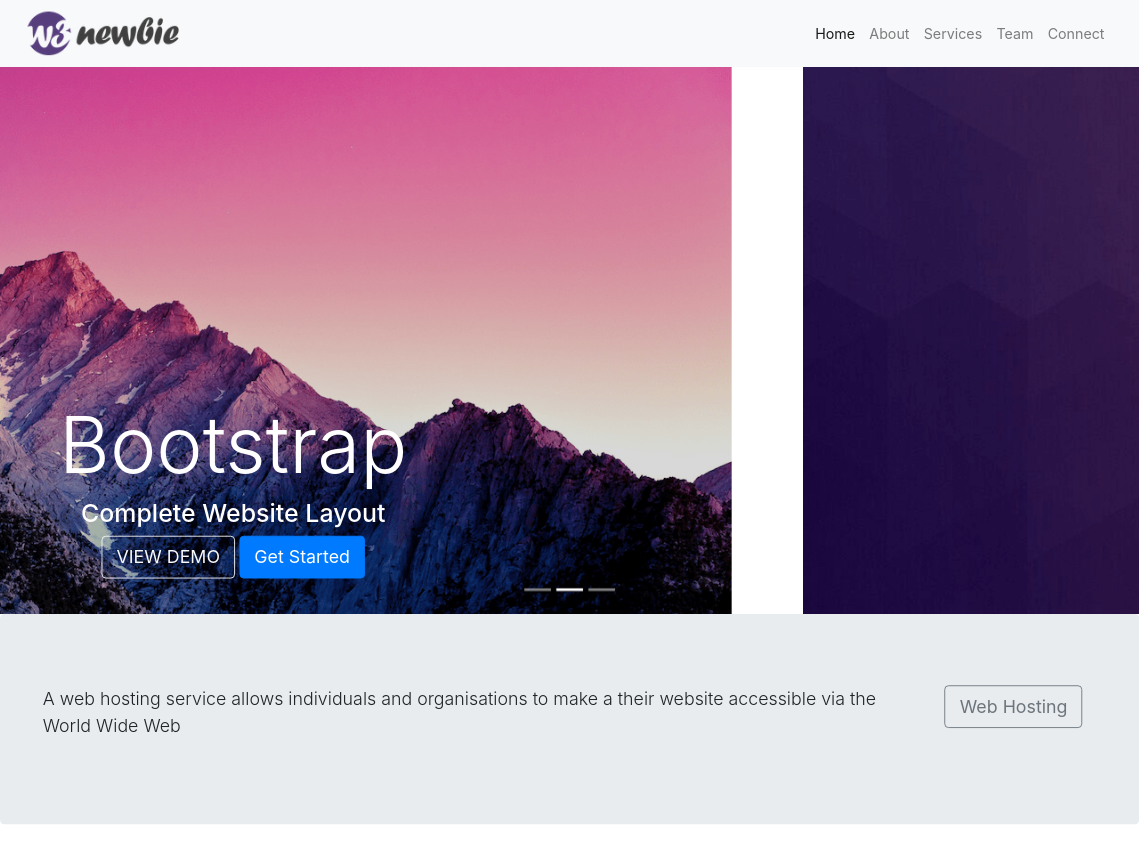
Repository: rkyankya/Bootstrap-1
Page: index.html
These files come from the project's save history. The page is drawn as it stood at one moment and after the next save; the edit follows.
The browser window is 1280 px wide. The pictures show the whole page, at 89% of full size.
Some web libraries are served in a nearby version.

Above is the page before, as saved 2019-12-15 16:50:26.

After the next save:
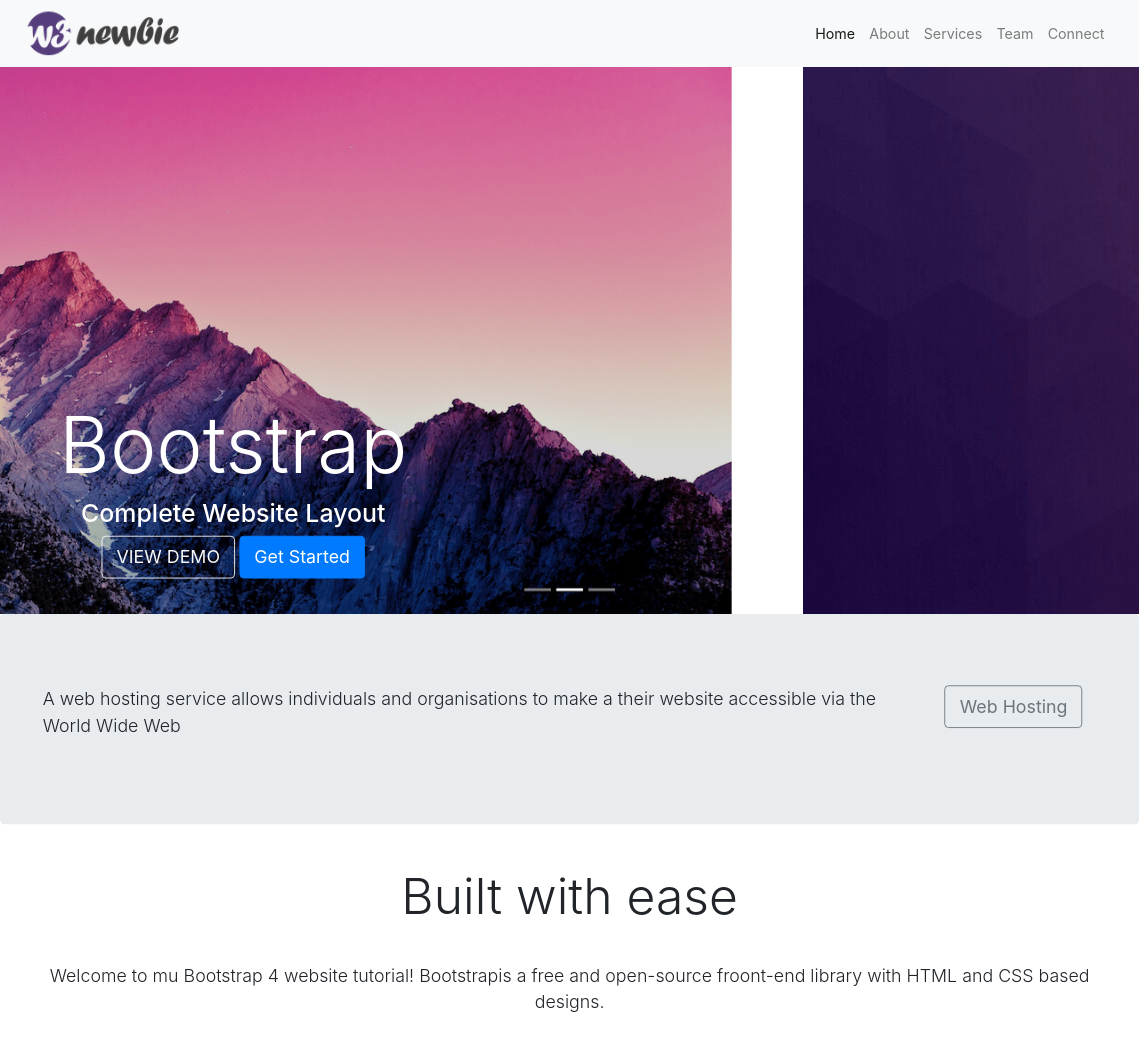
Saved 13 min 36 s later.
--- a/index.html
+++ b/index.html
@@ -87,7 +87,17 @@
 
 
     <!--- Welcome Section -->
-
+    <div class="container-fluid padding">
+        <div class="row welcome text-center">
+            <div class="col-12">
+                <h1 class="display-4">Built with ease</h1>
+            </div>
+            <hr>
+            <div class="col-12">
+                <p class="lead">Welcome to mu Bootstrap 4 website tutorial! Bootstrapis a free and open-source froont-end library with HTML and CSS based designs.</p>
+            </div>
+        </div>
+    </div>
 
     <!--- Three Column Section -->
 
